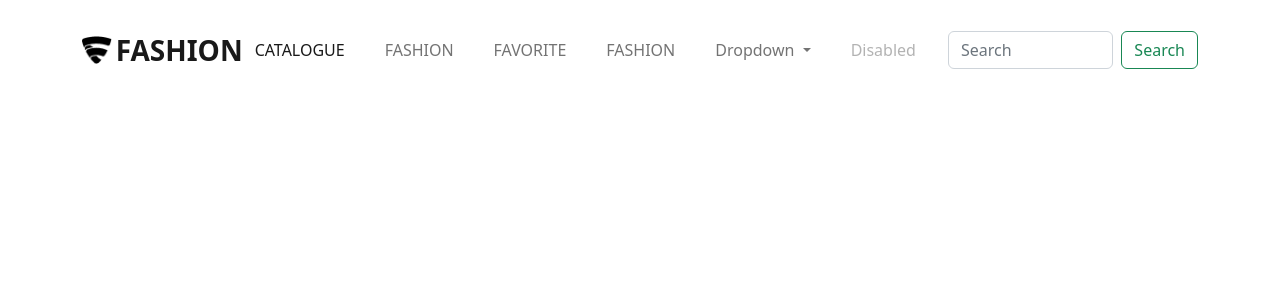
Repository: isaacCodes1/Bootstrap-Nav-Assignment
Page: index.html
An editor plug-in stored every save of this project. The page is shown before and after a run of saves, followed by the edit.
The browser window is 1280 px wide. The pictures show the whole page.
Some web libraries are served in a nearby version.

Above is the page before, as saved 2024-03-19 13:22:35.

After the next 2 saves:
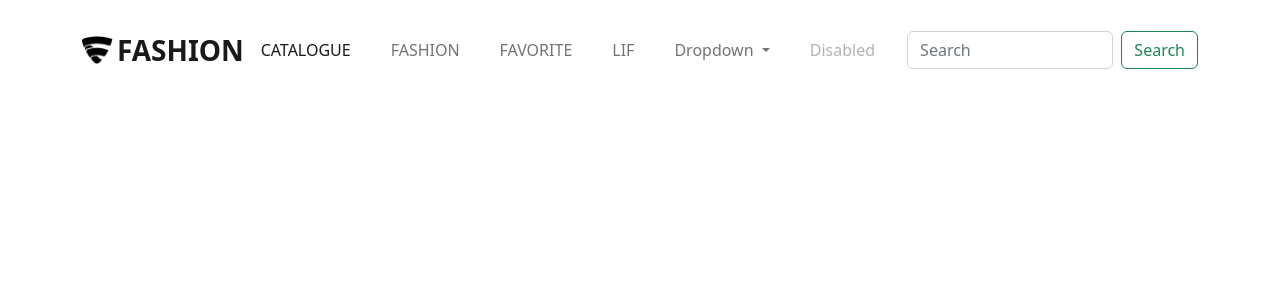
The 2 saves are shown as one change because they came seconds apart.
The last was saved 7 s later.
--- a/index.html
+++ b/index.html
@@ -53,7 +53,7 @@
                 <a class="nav-link" href="#">FAVORITE</a>
               </li>
               <li class="nav-item">
-                <a class="nav-link" href="#">FASHION</a>
+                <a class="nav-link" href="#">LIF</a>
               </li>
               <li class="nav-item dropdown">
                 <a
